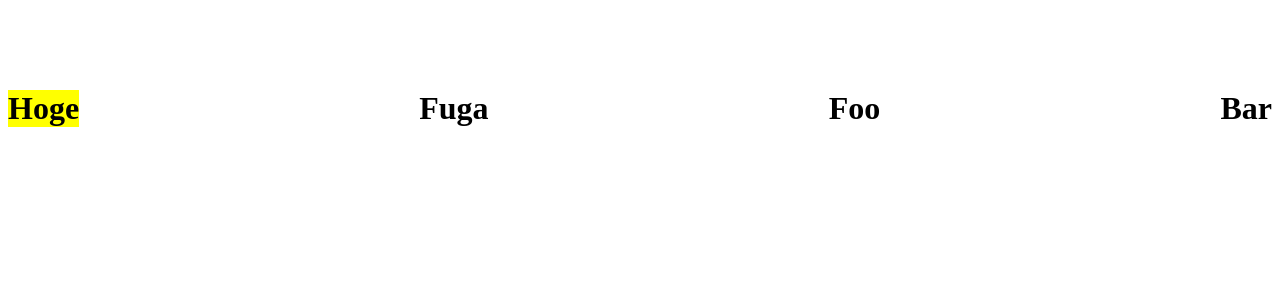
Repository: mizoguhi/mizoguhi
Page: 004_navigation/flex_navigation.html
The author's editor kept a record of every edit. The page is drawn from the files as they stood at one moment, then again after the next edit.
The browser window is 1280 px wide. The pictures show the whole page.

Above is the page before.

After the next edit:
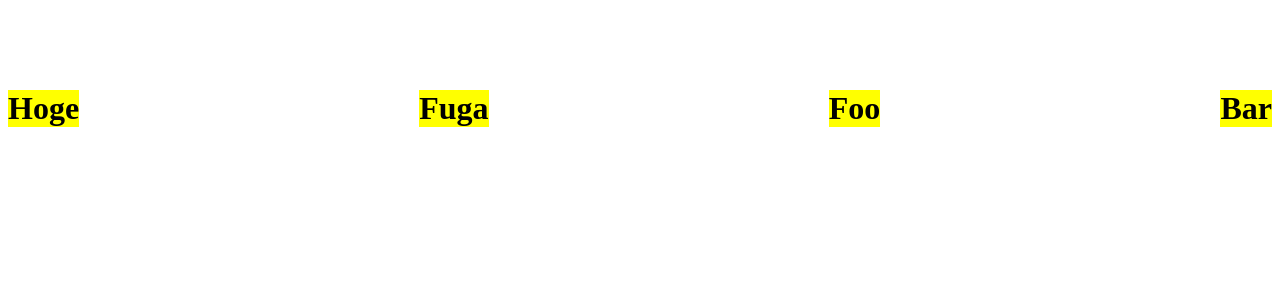
The edit:
--- a/004_navigation/flex_navigation.html
+++ b/004_navigation/flex_navigation.html
@@ -19,9 +19,9 @@
         }
 
         .y { background-color: yellow; }
-        .y { background-color: yellow; }
-        .y { background-color: yellow; }
-        .y { background-color: yellow; }
+        .r { background-color: yellow; }
+        .g { background-color: yellow; }
+        .b { background-color: yellow; }
     </style>
 </head>
 <body>
